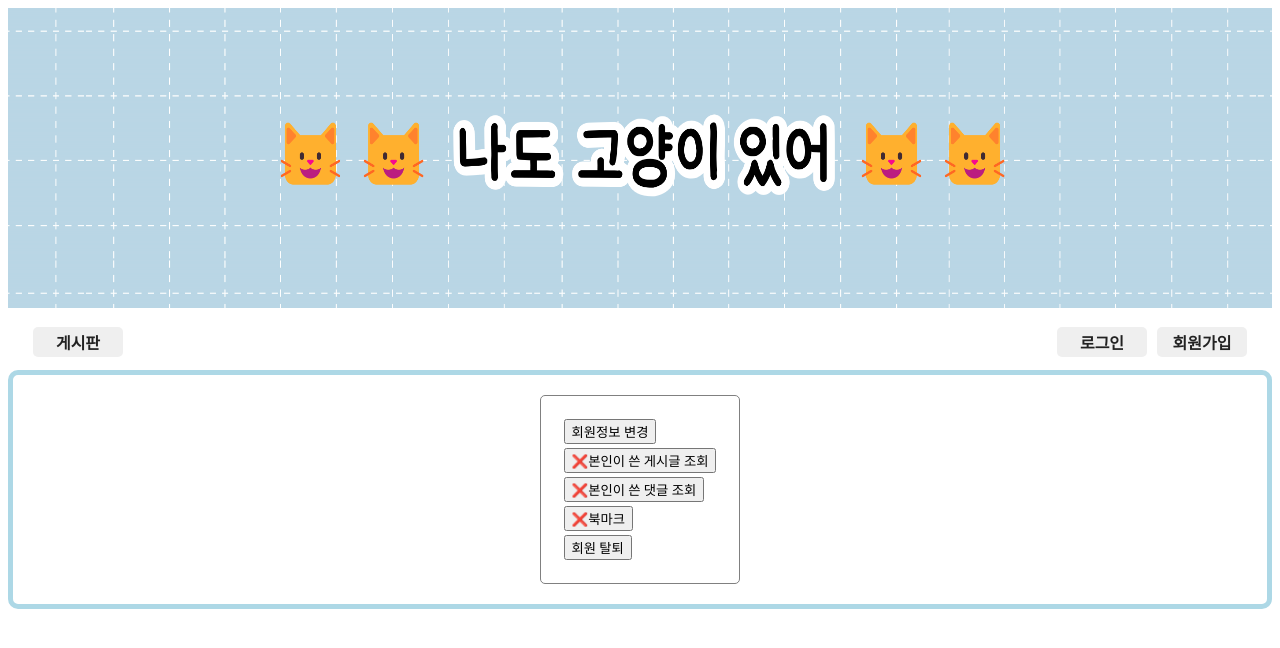
Repository: hh7711/Goit
Page: http://localhost/Goit/WEB-INF/views/myPage.jsp
The author's editor kept a copy of each file at every save. The page is drawn from the files as they stood at one save, then again after the next save.
The browser window is 1280 px wide. The pictures show the whole page.
Some web fonts or font styles are not loaded; a fallback is used. The page is served by Tomcat 9. Nobody is signed in. The template is opened directly, without the code that normally fills it, so the values that code supplies are empty.

Above is the page before, as saved 2023-08-06 14:15:45.

After the next save:
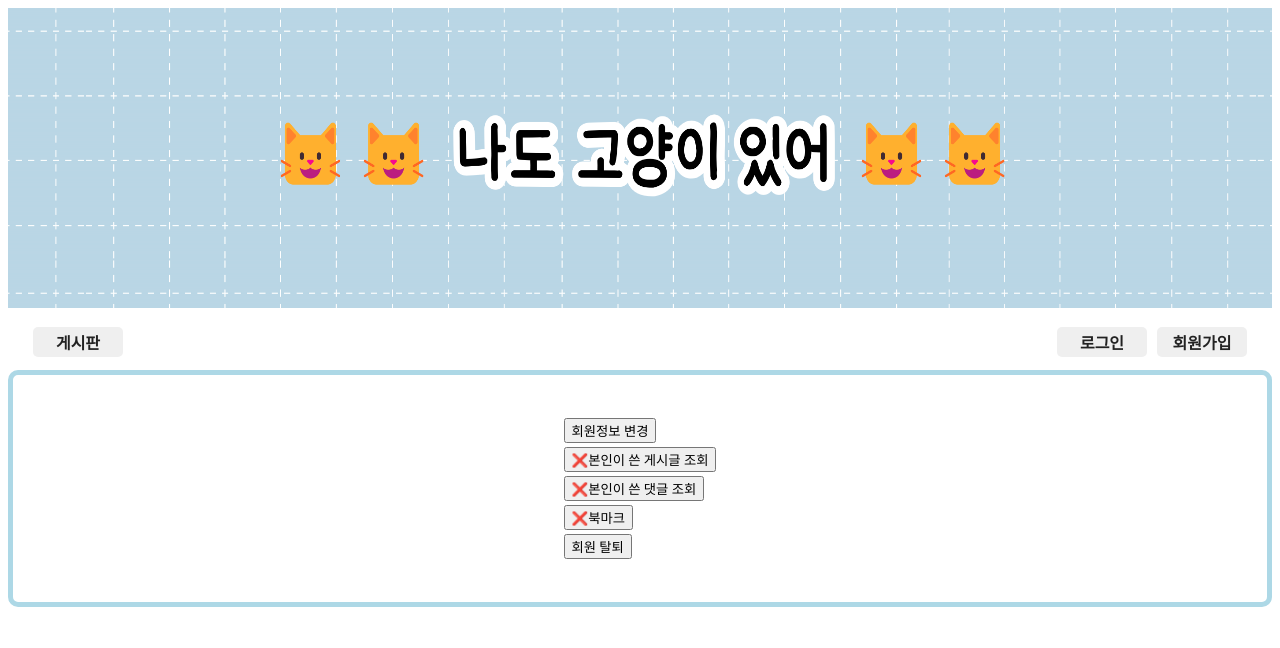
Saved 9 s later.
--- a/Goit/src/main/webapp/WEB-INF/views/myPage.jsp
+++ b/Goit/src/main/webapp/WEB-INF/views/myPage.jsp
@@ -50,7 +50,6 @@
         table{
             margin-left: auto; margin-right: auto;
             padding: 20px;
-            border: 0.2px solid gray;
             border-radius: 5px;
         }
 	</style>
